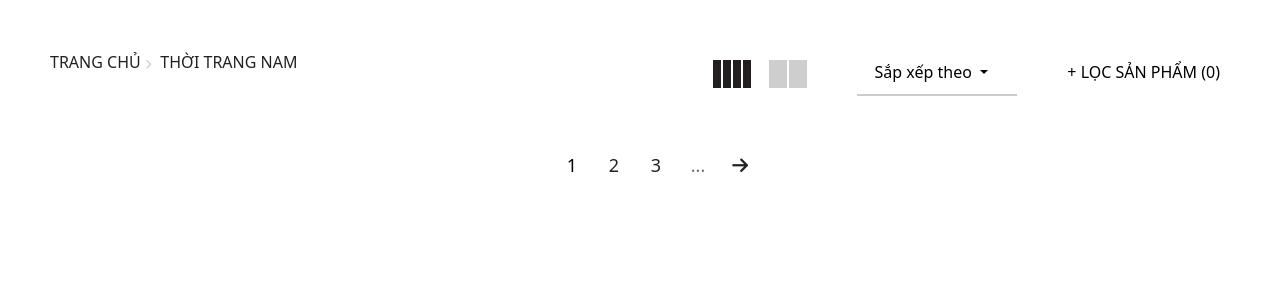
Repository: NguyenQuangQuan021099/FE_Page-Male
Page: index.html
An editor plug-in stored every save of this project. The page is shown before and after a run of saves, followed by the edit.
The browser window is 1280 px wide. The pictures show the whole page.
The page's requests for data from a server got no answer. Some web libraries are served in a nearby version.

Above is the page before, as saved 2021-07-08 11:18:35.

After the next 3 saves:
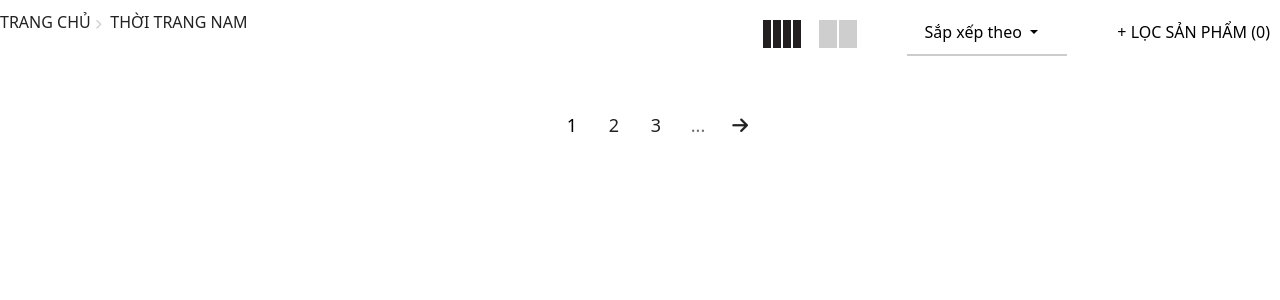
The 3 saves are shown as one change because they came seconds apart.
The last was saved 10 s later.
--- a/style.css
+++ b/style.css
@@ -14,7 +14,7 @@ a, a:hover{
 }
 
 .category__product__action{
-    margin: 50px;
+    margin: 10px 0 50px 0;
     position: relative;
 }
 
